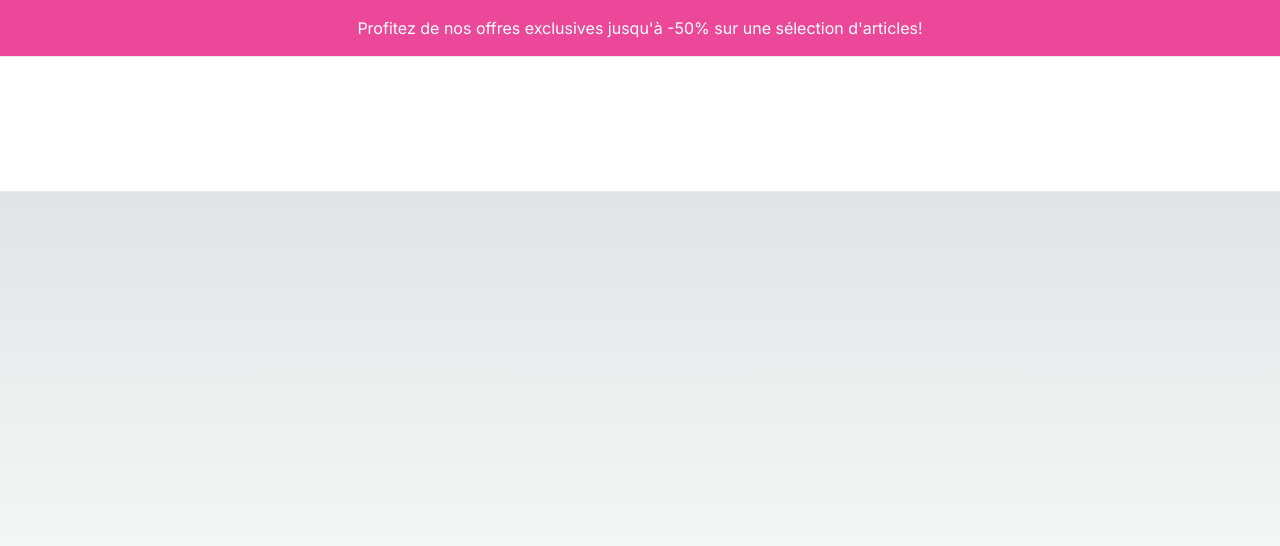
Repository: SDlevelUp/e-shop
Page: /
These files come from the project's save history. The page is drawn as it stood at one moment and after the next save; the edit follows.
The browser window is 1280 px wide. The pictures show the whole page.
The project was rebuilt for these pictures with package versions that can differ from the ones it lists, and the page was loaded fresh each time. The framework's server and built-in components were replaced by stand-ins that run in the browser. Also part of the build but not shown: next.config.js.

Above is the page before, as saved 2023-08-29 09:10:43.

After the next save:
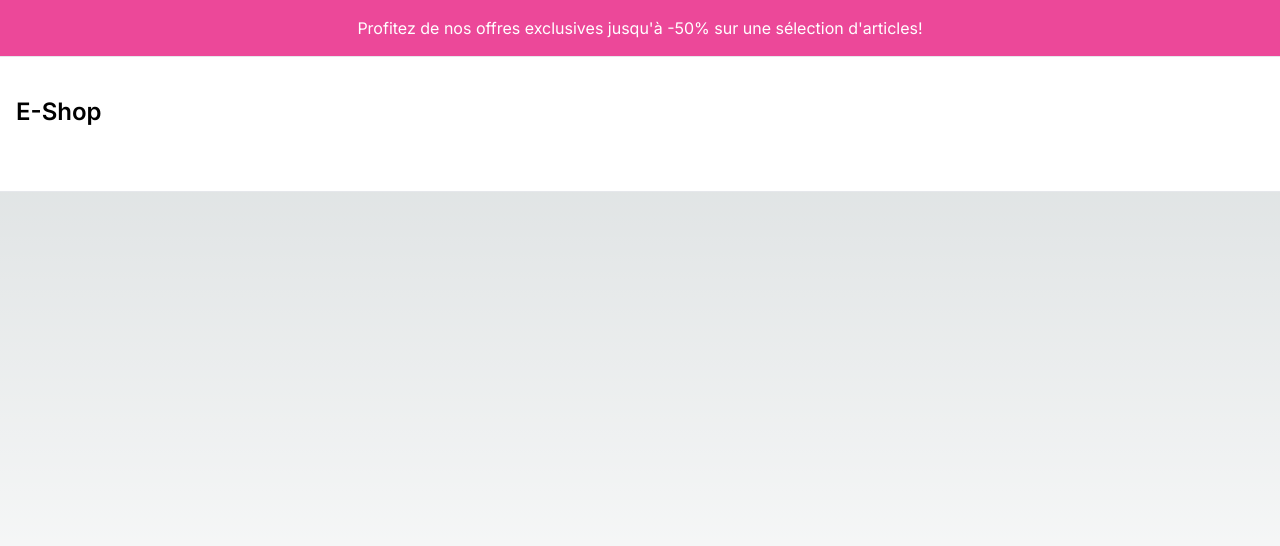
Saved 31 s later.
--- a/src/components/Navbar/Navbar.jsx
+++ b/src/components/Navbar/Navbar.jsx
@@ -14,9 +14,9 @@ export default function Navbar() {
                     </div>
                 </header>
 
-                <nav className="max-w-screen-xl flex items-center justify-between mx-auto p-4">
+                <nav className="max-w-screen-xl flex items-center justify-between mx-auto p-4" style={{ marginTop: '80px' }}>
                     <div className="flex items-center cursor-pointer">
-                        <span className="self-center text-2xl font-semibold whitespace-nowrap ">
+                        <span className="self-center text-2xl font-semibold whitespace-nowrap">
                             E-Shop
                         </span>
                     </div>
